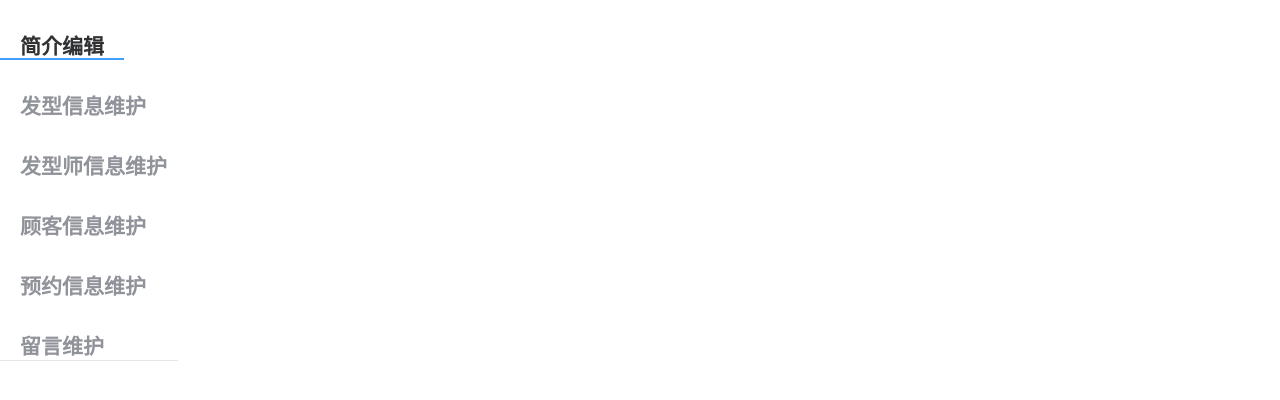
Repository: cjl0805/graduation-design-front
Page: /back/home
These files come from the project's save history. The page is drawn as it stood at one moment and after the next save; the edit follows.
The browser window is 1280 px wide. The pictures show the whole page.
The project was rebuilt for these pictures with package versions that can differ from the ones it lists, and the page was loaded fresh each time. Also part of the build but not shown: vue.config.js, src/components/RotationChart.vue, src/components/NavigationBar.vue, src/components/HairStylist.vue, src/components/HairStyle.vue, src/views/font/HairStyleView.vue, src/views/font/HairStylistView.vue, src/views/font/HomeView.vue and 17 more.

Above is the page before, as saved 2023-04-18 08:59:17.

### src/main.js
import Vue from 'vue'
import App from './App.vue'
import router from './router'
import ElementUI from 'element-ui'
import 'element-ui/lib/theme-chalk/index.css'
import axios from 'axios'
import VueAxios from 'vue-axios'
Vue.use(VueAxios, axios);
axios.interceptors.request.use(
  config => {
    if (localStorage.getItem('token')) {
      config.headers.token = localStorage.getItem('token');
    }
    return config;
  },
  error => {
    return Promise.reject(error);
  }
);

axios.interceptors.response.use(
  res => {
    if (res.data.code === 501) {
      console.log(res.data);
      alert("登录已过期，请重新登录！");
      window.localStorage.removeItem('token');
      window.localStorage.removeItem('username');
      location.reload();
    }
    return res;
  }
);

Vue.config.productionTip = false
Vue.use(ElementUI)
new Vue({
  router,
  render: h => h(App)
}).$mount('#app')

### src/router/index.js
import Vue from 'vue'
import VueRouter from 'vue-router'
import HairStyleView from '../views/font/HairStyleView.vue'
import HairStylistView from '../views/font/HairStylistView.vue'
import HomeView from '../views/font/HomeView.vue'
import login from '../views/font/login.vue'
import register from '../views/font/register.vue'
import PersonalInfo from '../views/font/PersonalInfo.vue'
import appointment from '../views/font/AppointmentView.vue'
import pay from '../views/font/PayView.vue'
import MainView from '../views/back/MainView.vue'

Vue.use(VueRouter)

const routes = [{
    path: '/',
    name: 'home',
    component: HomeView
  },
  {
    path: '/hairstyle',
    name: 'hairstyle',
    component: HairStyleView
  },
  {
    path: '/hairstylist',
    name: 'hairstylist',
    component: HairStylistView
  },
  {
    path: '/about',
    name: 'about',
    // route level code-splitting
    // this generates a separate chunk (about.[hash].js) for this route
    // which is lazy-loaded when the route is visited.
    component: () => import( /* webpackChunkName: "about" */ '../views/AboutView.vue')
  },
  {
    path: '/login',
    name: 'login',
    component: login
  },
  {
    path: '/register',
    name: 'register',
    component: register
  },
  {
    path: '/PersonalInfo',
    name: 'PersonalInfo',
    component: PersonalInfo,
  },
  {
    path: '/appointment',
    name: 'appointment',
    component: appointment
  },
  {
    path: '/pay',
    name: 'pay',
    component: pay
  },
  {
    path: '/back/home',
    name: 'MainView',
    component: MainView
  },
]

const router = new VueRouter({
  mode: 'history',
  base: process.env.BASE_URL,
  routes
})

// 导航守卫
// 使用 router.beforeEach 注册一个全局前置守卫，判断用户是否登陆
router.beforeEach((to, from, next) => {
  if (to.path === '/PersonalInfo' || to.path === '/appointment' || to.path === '/MessageCenter' || to.path === '/pay') {
    let token = localStorage.getItem('token');
    if (token === null || token === '') {
      next('/login');
    } else {
      next();
    }
  } else {
    next();
  }
});

export default router

### src/views/back/MainView.vue
<template>
  <div>
    <div class="aside">
      <el-aside width="178px"
        ><el-menu
          default-active="1"
          class="el-menu-demo"
          mode="horizontal"
        >
          <el-menu-item index="1">
            <span slot="title"><h2>简介编辑</h2></span>
          </el-menu-item>
          <el-menu-item index="2">
            <span slot="title"><h2>发型信息维护</h2></span>
          </el-menu-item>
          <el-menu-item index="3">
            <span slot="title"><h2>发型师信息维护</h2></span>
          </el-menu-item>
          <el-menu-item index="4">
            <span slot="title"><h2>顾客信息维护</h2></span>
          </el-menu-item>
          <el-menu-item index="5">
            <span slot="title"><h2>预约信息维护</h2></span>
          </el-menu-item>
          <el-menu-item index="6">
            <span slot="title"><h2>留言维护</h2></span>
          </el-menu-item>
        </el-menu></el-aside
      >
    </div>
    <div class="div2"></div>
  </div>
</template>

<script>
import HairstylistMaintenance from "@/components/HairstylistMaintenance.vue";
import AppointmentMaintenance from "@/components/AppointmentMaintenance.vue";
import CustomerMaintenance from "@/components/CustomerMaintenance.vue";
import HairstyleMaintenance from "@/components/HairstyleMaintenance.vue";
import IntroductionEditor from "@/components/IntroductionEditor.vue";
import MessageMaintenance from "@/components/MessageMaintenance.vue";
export default {
  name: "MainView",
  components: {
    HairstylistMaintenance,
    AppointmentMaintenance,
    CustomerMaintenance,
    HairstyleMaintenance,
    IntroductionEditor,
    MessageMaintenance,
  },
  data() {
    return {};
  },
  methods: {
    handleOpen(key, keyPath) {
      console.log(key, keyPath);
    },
    handleClose(key, keyPath) {
      console.log(key, keyPath);
    },
  },
};
</script>

<style>
</style>

### src/components/UserDescription.vue
<template>
  <div>
    <div class="img">
      <el-upload
        class="userform.img !== '' ? 'avatar-uploader boxCardUploadImg' : 'avatar-uploader'"
        action=""
        :http-request="upFile"
        :show-file-list="false"
        :on-change="handleChange"
        :limit="2"
        :headers="headers"
      >
        <img v-if="userform.img" :src="userform.img" class="avatar" />
        <i v-else class="el-icon-plus avatar-uploader-icon"></i> </el-upload
      ><br />
      <el-button round type="primary" @click="saveImg">保存头像</el-button>
      <div class="div2">
        <div class="div3">
          <el-button class="button"
            ><p class="p" @click="click1">个人信息</p></el-button
          >
        </div>
        <div class="div3">
          <el-button class="button" @click="click2"
            ><p class="p">我的预约</p></el-button
          >
        </div>
        <div class="div3">
          <el-button class="button"
            ><p class="p" @click="click3">我的留言</p></el-button
          >
        </div>
      </div>
    </div>
    <div class="info">
      <UserInfo v-if="userInfo"></UserInfo>
      <myAppointment v-if="myAppointment" class="myAppointment"></myAppointment>
      <myMessage v-if="myMessage"></myMessage>
    </div>
  </div>
</template>

<script>
import UserInfo from "./UserInfo.vue";
import MyAppointment from "./MyAppointment.vue";
import MyMessage from "./MyMessage.vue";
export default {
  name: "UserDescription",
  components: {
    MyAppointment,
    MyMessage,
    UserInfo,
  },
  data() {
    return {
      imageUrl: "",
      headers: {},
      token: "",
      userform: {
        img: "",
      },
      file: " ",
      userInfo: this.$route.query.userInfo,
      myAppointment: this.$route.query.myAppointment,
      myMessage: false,
    };
  },
  created() {
    this.load();
  },
  methods: {
    load() {
      this.axios({
        method: "GET",
        url: "http://localhost:8090/graduation/design/customInfo/get",
        params: {
          username: window.localStorage.getItem("username"),
        },
      }).then((res) => {
        console.log(res.data);
        if (res.data.data != null) {
          this.userform.img = res.data.data.img;
        }
      });
    },
    click1() {
      this.userInfo = true;
      this.myAppointment = false;
      this.myMessage = false;
    },
    click2() {
      this.userInfo = false;
      this.myAppointment = true;
      this.myMessage = false;
    },
    click3() {
      this.userInfo = false;
      this.myAppointment = false;
      this.myMessage = true;
    },
    handleChange(file, fileList) {
      const fileName = file.name; // 文件名字
      const fileType = fileName.substring(fileName.lastIndexOf(".") + 1);
      if (fileType === "png" || fileType === "jpg") {
        this.file = file;
        return;
      } else {
        this.$message({
          type: "warning",
          message: "附件格式错误，请重新上传！",
        });
      }
    },
    upFile(item) {
      const formData = new FormData();
      formData.append("file", this.file.raw);
      this.axios({
        method: "POST",
        url: "http://localhost:8090/graduation/design/common/upload",
        data: formData,
      }).then((res) => {
        console.log(res.data);
        if (res.data.code === 200) {
          this.userform.img = res.data.data;
        } else {
          alert(res.data.message);
        }
      });
    },
    beforeAvatarUpload(file) {
      const isJPG = file.type === "image/jpeg";
      const isLt2M = file.size / 1024 / 1024 < 2;

      if (!isJPG) {
        this.$message.error("上传头像图片只能是 JPG 格式!");
      }
      if (!isLt2M) {
        this.$message.error("上传头像图片大小不能超过 2MB!");
      }
      return isJPG && isLt2M;
    },
    saveImg() {
      this.axios({
        method: "POST",
        url: "http://localhost:8090/graduation/design/customInfo/save/img",
        params: {
          username: window.localStorage.getItem("username"),
          img: this.userform.img,
        },
      }).then((res) => {
        console.log(res.data);
        if (res.data.code === 200) {
          alert("保存头像成功！");
        }
      });
    },
  },
};
</script>

<style>
.avatar-uploader .el-upload {
  border: 1px solid #d9d9d9;
  border-radius: 50px;
  cursor: pointer;
  position: relative;
  overflow: hidden;
}
.avatar-uploader .el-upload:hover {
  border-color: none;
}
.avatar-uploader-icon {
  margin-top: 20px;
  font-size: 120px;
  color: #8c939d;
}
.avatar {
  margin-top: 20px;
  width: 120px;
  height: 120px;
  display: block;
}

.boxCardUploadImg .el-upload:hover div {
  width: 100px;
  height: 100px;
  line-height: 100px;
  text-align: center;
  border-radius: 50px;
  position: absolute;
  font-size: 18px;
  display: initial;
  z-index: 999;
  color: #fff;
  top: 0;
  left: 0;
  background-color: #17163c;
  opacity: 0.5;
}
.my-content {
  font-size: 20px;
}
.my-label {
  font-size: 20px;
}
.img {
  margin-left: 20px;
  text-align: center;
  width: 240px;
  height: 640px;
  border: 2px;
  background: rgb(255, 255, 255);
}
.info {
  margin-top: -640px;
  margin-left: 305px;
  text-align: center;
  width: 1210px;
  height: 640px;
  border: 2px;
  background: rgba(255, 255, 255);
}
.button {
  margin: 0 auto;
  width: 200px;
  height: 40px;
  margin-top: 0px;
}
.p {
  margin: 0 auto;
  font-size: 20px;
  font-weight: bold;
}
.div2 {
  margin-top: 120px;
}
.div3 {
  margin-top: 28px;
}
</style>

### src/components/HairStylistDescription.vue
<template>
  <div>
    <div class="img">
      <el-upload
        class="userform.img !== '' ? 'avatar-uploader boxCardUploadImg' : 'avatar-uploader'"
        action=""
        :http-request="upFile"
        :show-file-list="false"
        :on-change="handleChange"
        :limit="2"
        :headers="headers"
      >
        <img v-if="userform.img" :src="userform.img" class="avatar" />
        <i v-else class="el-icon-plus avatar-uploader-icon"></i> </el-upload
      ><br />
      <el-button round type="primary" @click="saveImg">保存头像</el-button>
      <div class="div2">
        <div class="div3">
          <el-button class="button"
            ><p class="p" @click="click1">个人信息</p></el-button
          >
        </div>
        <div class="div3">
          <el-button class="button" @click="click2"
            ><p class="p">我的预约</p></el-button
          >
        </div>
      </div>
    </div>
    <div class="info">
      <HairStylistInfo v-if="HairStylistInfo"></HairStylistInfo>
      <HairStylistAppointment v-if="HairStylistAppointment"></HairStylistAppointment>
    </div>
  </div>
</template>

<script>
import HairStylistInfo from "./HairStylistInfo.vue";
import HairStylistAppointment from "./HairStylistAppointment.vue";
export default {
  name: "UserDescription",
  components: {
    HairStylistAppointment,
    HairStylistInfo,
  },
  data() {
    return {
      imageUrl: "",
      headers: {},
      token: "",
      userform: {
        img: "",
      },
      file: " ",
      HairStylistInfo: true,
      HairStylistAppointment: false,
    };
  },
  created() {
    this.load();
  },
  methods: {
    load() {
      this.axios({
        method: "GET",
        url: "http://localhost:8090/graduation/design/hairstylist/get",
        params: {
          username: window.localStorage.getItem("username"),
        },
      }).then((res) => {
        console.log(res.data);
        if (res.data.data != null) {
          this.userform.img = res.data.data.img;
          window.localStorage.setItem("hairstylist", res.data.data.name);
        }
      });
    },
    click1() {
      this.HairStylistInfo = true;
      this.HairStylistAppointment = false;
    },
    click2() {
      this.HairStylistInfo = false;
      this.HairStylistAppointment = true;
    },
    handleChange(file, fileList) {
      const fileName = file.name; // 文件名字
      const fileType = fileName.substring(fileName.lastIndexOf(".") + 1);
      if (fileType === "png" || fileType === "jpg") {
        this.file = file;
        return;
      } else {
        this.$message({
          type: "warning",
          message: "附件格式错误，请重新上传！",
        });
      }
    },
    upFile(item) {
      const formData = new FormData();
      formData.append("file", this.file.raw);
      this.axios({
        method: "POST",
        url: "http://localhost:8090/graduation/design/common/upload",
        data: formData,
      }).then((res) => {
        console.log(res.data);
        if (res.data.code === 200) {
          this.userform.img = res.data.data;
        } else {
          alert(res.data.message);
        }
      });
    },
    beforeAvatarUpload(file) {
      const isJPG = file.type === "image/jpeg";
      const isLt2M = file.size / 1024 / 1024 < 2;

      if (!isJPG) {
        this.$message.error("上传头像图片只能是 JPG 格式!");
      }
      if (!isLt2M) {
        this.$message.error("上传头像图片大小不能超过 2MB!");
      }
      return isJPG && isLt2M;
    },
    saveImg() {
      this.axios({
        method: "POST",
        url: "http://localhost:8090/graduation/design/hairstylist/save/img",
        params: {
          username: window.localStorage.getItem("username"),
          img: this.userform.img,
        },
      }).then((res) => {
        console.log(res.data);
        if (res.data.code === 200) {
          alert("保存头像成功！");
        }
      });
    },
  },
};
</script>

<style>
.avatar-uploader .el-upload {
  border: 1px solid #d9d9d9;
  border-radius: 50px;
  cursor: pointer;
  position: relative;
  overflow: hidden;
}
.avatar-uploader .el-upload:hover {
  border-color: none;
}
.avatar-uploader-icon {
  margin-top: 20px;
  font-size: 120px;
  color: #8c939d;
}
.avatar {
  margin-top: 20px;
  width: 120px;
  height: 120px;
  display: block;
}

.boxCardUploadImg .el-upload:hover div {
  width: 100px;
  height: 100px;
  line-height: 100px;
  text-align: center;
  border-radius: 50px;
  position: absolute;
  font-size: 18px;
  display: initial;
  z-index: 999;
  color: #fff;
  top: 0;
  left: 0;
  background-color: #17163c;
  opacity: 0.5;
}
.my-content {
  font-size: 20px;
}
.my-label {
  font-size: 20px;
}
.img {
  margin-left: 20px;
  text-align: center;
  width: 240px;
  height: 640px;
  border: 2px;
  background: rgb(255, 255, 255);
}
.info {
  margin-top: -640px;
  margin-left: 305px;
  text-align: center;
  width: 1210px;
  height: 640px;
  border: 2px;
  background: rgba(255, 255, 255);
}
.button {
  margin: 0 auto;
  width: 200px;
  height: 40px;
  margin-top: 0px;
}
.p {
  margin: 0 auto;
  font-size: 20px;
  font-weight: bold;
}
.div2 {
  margin-top: 120px;
}
.div3 {
  margin-top: 28px;
}
</style>

Loaded but not shown: public/index.html (common file); src/App.vue (common file)

After the next save:
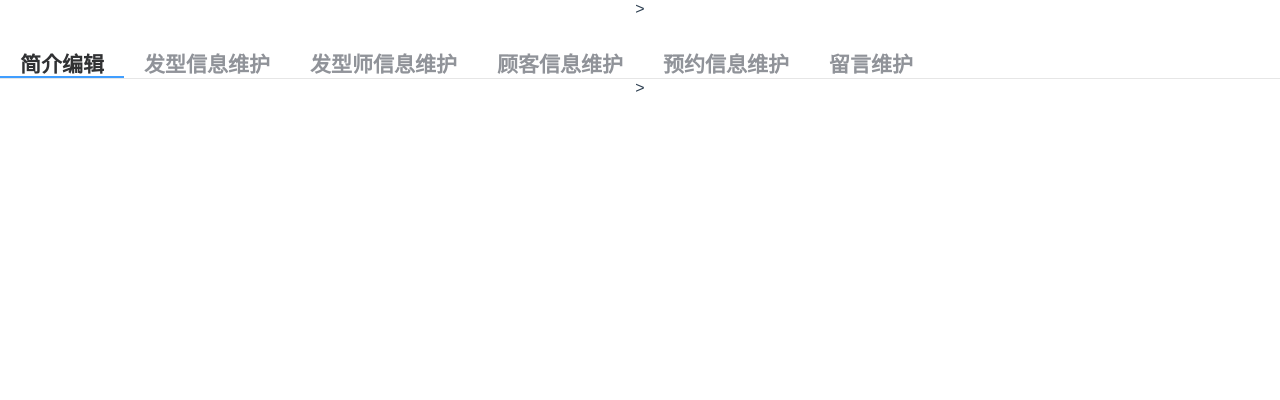
Saved 20 s later.
--- a/src/views/back/MainView.vue
+++ b/src/views/back/MainView.vue
@@ -1,31 +1,26 @@
 <template>
   <div>
     <div class="aside">
-      <el-aside width="178px"
-        ><el-menu
-          default-active="1"
-          class="el-menu-demo"
-          mode="horizontal"
-        >
-          <el-menu-item index="1">
-            <span slot="title"><h2>简介编辑</h2></span>
-          </el-menu-item>
-          <el-menu-item index="2">
-            <span slot="title"><h2>发型信息维护</h2></span>
-          </el-menu-item>
-          <el-menu-item index="3">
-            <span slot="title"><h2>发型师信息维护</h2></span>
-          </el-menu-item>
-          <el-menu-item index="4">
-            <span slot="title"><h2>顾客信息维护</h2></span>
-          </el-menu-item>
-          <el-menu-item index="5">
-            <span slot="title"><h2>预约信息维护</h2></span>
-          </el-menu-item>
-          <el-menu-item index="6">
-            <span slot="title"><h2>留言维护</h2></span>
-          </el-menu-item>
-        </el-menu></el-aside
+      ><el-menu default-active="1" class="el-menu-demo" mode="horizontal">
+        <el-menu-item index="1">
+          <span slot="title"><h2>简介编辑</h2></span>
+        </el-menu-item>
+        <el-menu-item index="2">
+          <span slot="title"><h2>发型信息维护</h2></span>
+        </el-menu-item>
+        <el-menu-item index="3">
+          <span slot="title"><h2>发型师信息维护</h2></span>
+        </el-menu-item>
+        <el-menu-item index="4">
+          <span slot="title"><h2>顾客信息维护</h2></span>
+        </el-menu-item>
+        <el-menu-item index="5">
+          <span slot="title"><h2>预约信息维护</h2></span>
+        </el-menu-item>
+        <el-menu-item index="6">
+          <span slot="title"><h2>留言维护</h2></span>
+        </el-menu-item>
+      </el-menu>
       >
     </div>
     <div class="div2"></div>
@@ -63,5 +58,4 @@ export default {
 };
 </script>
 
-<style>
-</style>
+<style></style>
